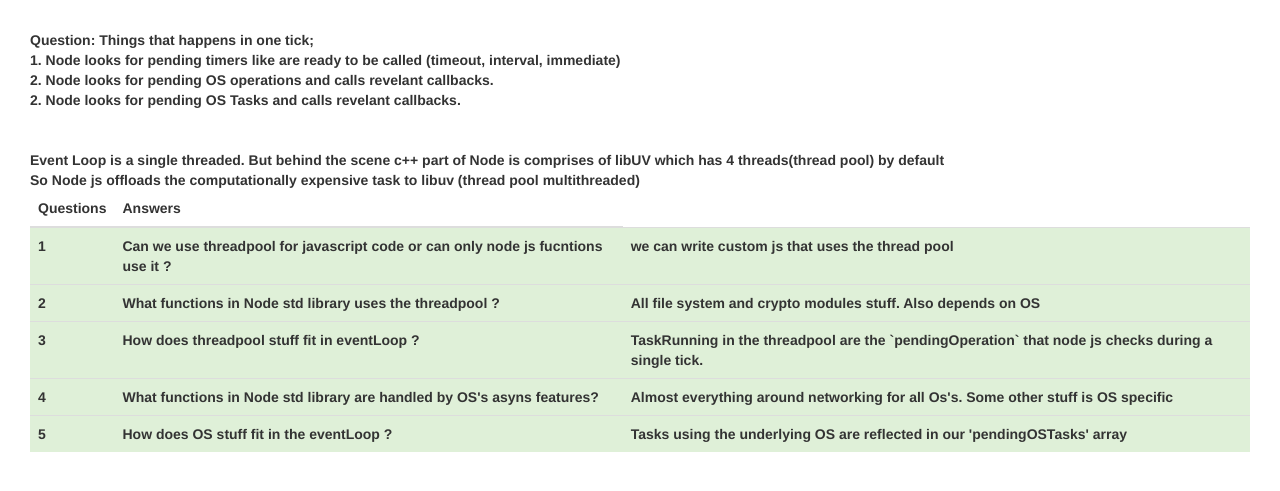
Repository: rahil001/preparation
Page: javascriptPrac/index.html
The author's editor kept a copy of each file at every save. The page is drawn from the files as they stood at one save, then again after the next save.
The browser window is 1280 px wide. The pictures show the whole page.

Above is the page before, as saved 2019-10-27 22:40:54.

### javascriptPrac/index.html
<!DOCTYPE html>
<html lang="en">
<head>
    <meta charset="UTF-8">
    <title>getting started with javascript</title>
    <link rel="stylesheet" href="https://maxcdn.bootstrapcdn.com/bootstrap/3.3.7/css/bootstrap.min.css  ">
    <style>
        body, .jumbotron{
            padding: 30px;
        }
        .text-giant{
            font-size: 40px;
        }
        .singleT {
            margin-top: 40px;
        }
    </style>
</head>
<body>
<div class>
    <b>Question: Things that happens in one tick;<b>
    <div>
        <div>
        1. Node looks for pending timers like  are ready to be called (timeout, interval, immediate)
        </div>
        <div>
        2. Node looks for pending OS operations and calls revelant callbacks.
        </div>
        <div>
        2. Node looks for pending OS Tasks and calls revelant callbacks.
        </div>
    </div>
    <div class="singleT">
        Event Loop is a single threaded. But behind the scene c++ part of Node is comprises of libUV which has 4 threads(thread pool) by default
        <div>So Node js offloads the computationally expensive task to libuv (thread pool multithreaded)</div>
    </div>
    <table class="table table-striped w-auto">
        <thead>
          <tr>
            <th>Questions</th>
            <th>Answers</th>
          </tr>
        </thead>
        <tbody>
          <tr class="table-info success">
            <th scope="row">1</th>
            <td>Can we use threadpool for javascript code or can only node js fucntions use it ?</td>
            <td>we can write custom js that uses the thread pool</td>
          </tr>
          <tr class="table-info success">
            <th scope="row">2</th>
            <td>What functions in Node std library uses the threadpool ?</td>
            <td>All file system and crypto modules stuff. Also depends on OS</td>
          </tr>
          <tr class="table-info success">
            <th scope="row">3</th>
            <td>How does threadpool stuff fit in eventLoop ?</td>
            <td>TaskRunning in the threadpool are the `pendingOperation` that node js checks during a single tick.</td>
          </tr>
          <tr class="table-info success">
            <th scope="row">4</th>
            <td>What functions in Node std library are handled by OS's asyns features?</td>
            <td>Almost everything around networking for all Os's. Some other stuff is OS specific</td>
          </tr>
          <tr class="table-info success">
            <th scope="row">5</th>
            <td>How does OS stuff fit in the eventLoop ?</td>
            <td>Tasks using the underlying OS are reflected in our 'pendingOSTasks' array</td>
          </tr>
        </tbody>
      </table>

</div>
<script src="app.js"></script>
</body>
</html>

Loaded but not shown: javascriptPrac/app.js (no copy from this time; the picture is the same without it)

After the next save:
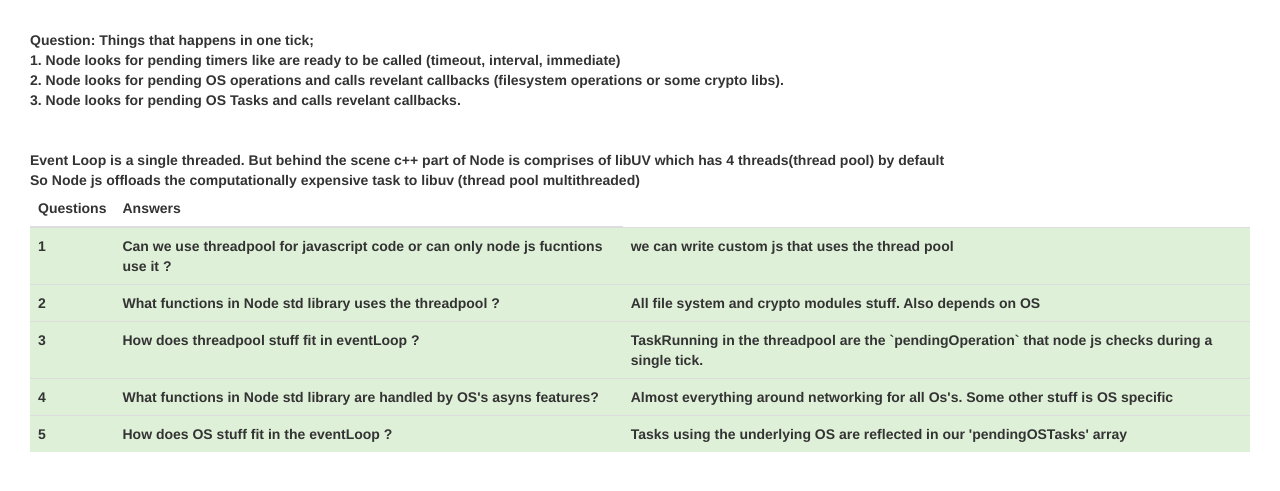
Saved 32 min 37 s later.
--- a/javascriptPrac/index.html
+++ b/javascriptPrac/index.html
@@ -24,10 +24,10 @@
         1. Node looks for pending timers like  are ready to be called (timeout, interval, immediate)
         </div>
         <div>
-        2. Node looks for pending OS operations and calls revelant callbacks.
+        2. Node looks for pending OS operations and calls revelant callbacks (filesystem operations or some crypto libs).
         </div>
         <div>
-        2. Node looks for pending OS Tasks and calls revelant callbacks.
+        3. Node looks for pending OS Tasks and calls revelant callbacks.
         </div>
     </div>
     <div class="singleT">
